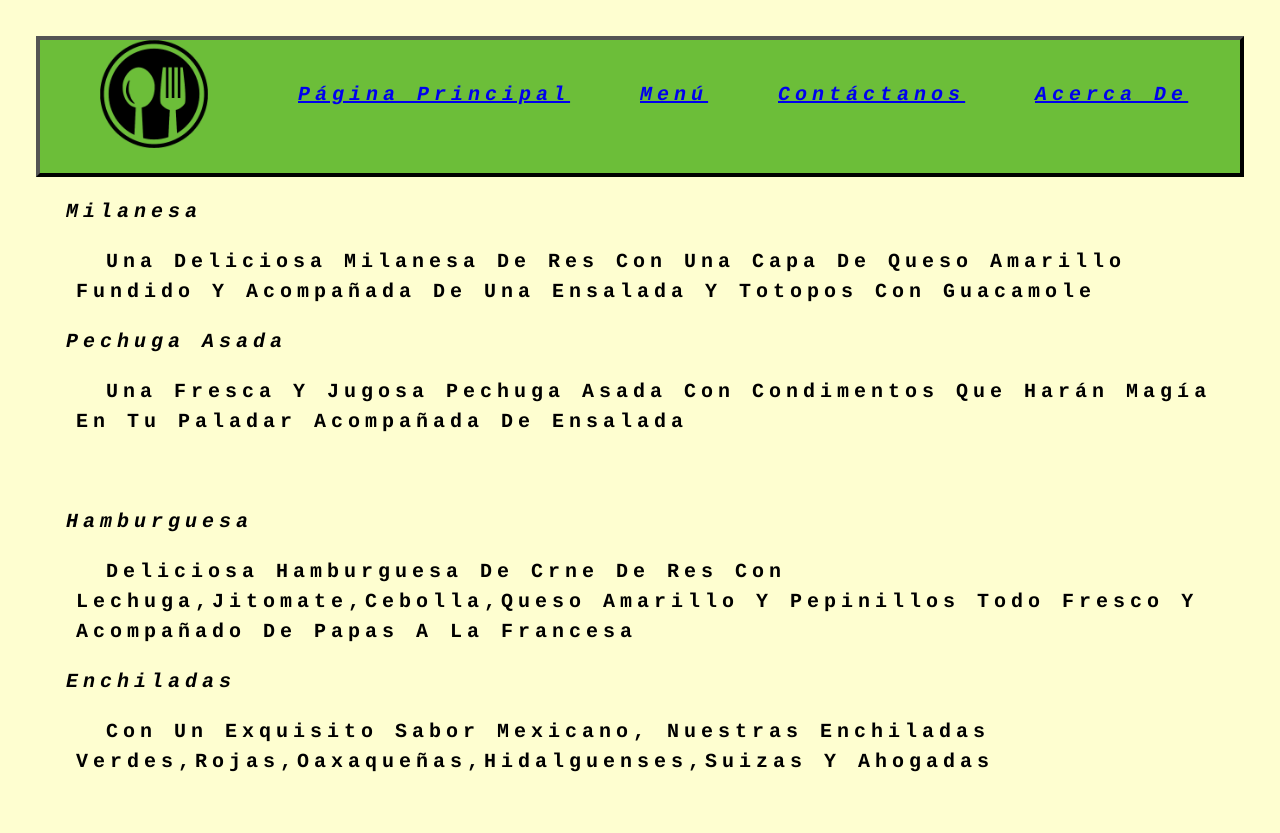
Repository: UVMCoyoacan/eq06_sitio1
Page: Carpeta docs/menu.html
These files come from the project's save history. The page is drawn as it stood at one moment and after the next save; the edit follows.
The browser window is 1280 px wide. The pictures show the whole page.

Above is the page before, as saved 2024-03-08 09:20:54.

### Carpeta docs/menu.html
<!DOCTYPE html>
<html>
    <head>
        <link rel="stylesheet" href="../Carpeta estilos/estilo1.css"/>
        <meta charset="utf-8" />
    </head>
    <body>
        <header id="parte_inicial" role="banner">
            <div class="encabezado" style="display: flex;   flex-wrap: wrap;">
                    <div style="flex-wrap:wrap ;">
                    <img width="108" height="108" src="../Carpeta ims/tres.png" onclick="redirigirIndex()" style="text-align: left; cursor:pointer;";>
                    </div>
            <div style="display: flex;   flex-wrap: wrap;">
            <ul >
                <li><a href="../index.html">Página principal</a></li>
                <li><a href="#">Menú</a></li>
                <li><a href="contactos.html">Contáctanos</a></li>
                <li style="float:right"><a class="active" href="acercade.html">Acerca de</a></li>
            </ul>
        </div>
            </div>

        </header>
        <div>
            <p>Milanesa</p>
            <ol>Una deliciosa milanesa de res con una capa de queso amarillo fundido y acompañada de una ensalada y totopos con guacamole</ol>
            <p>Pechuga asada</p>
            <ol>Una fresca y jugosa pechuga asada con condimentos que harán magía en tu paladar acompañada de ensalada</ol><br>
            <p>Hamburguesa</p>
            <ol>Deliciosa hamburguesa de crne de res con lechuga,jitomate,cebolla,queso amarillo y pepinillos todo fresco y acompañado de papas a la francesa</ol>
            <p>Enchiladas</p>
            <ol>Con un exquisito sabor mexicano, nuestras enchiladas verdes,rojas,oaxaqueñas,hidalguenses,suizas y ahogadas</ol>
         </div>
    </body>
    <script src="../Carpeta js/js1.js">
    </script>
</html>

### Carpeta estilos/estilo1.css
body{
  background-color:#fefec0be;
  font-size:20px;
  font-family:Courier;
  font-weight:bold;
  font-style:normal;
  line-height:30px;
  letter-spacing:5px;
  padding: 28px;
  text-transform:capitalize;
  text-align:left;
  text-indent:30px;


}
header{
  background-color:#6cbe39;
  font-size:20px;
  font-family:Courier;
  font-weight:bold;
  font-style:italic;
  line-height:60px;
  letter-spacing:5px;
  text-transform:capitalize;
  text-align:left;
  text-indent:60px;
  border-style: outset;
  border-color: #000000;
  border-width: .4ch;

}
li {
  display: inline;
  float: left;
  background-color:#6cbe39;
  font-size:20px;
  font-family:Courier;
  font-weight:bold;
  font-style:oblique;
  line-height:30px;
  letter-spacing:5px;
  text-decoration:underline;
  text-transform:capitalize;
  text-align:left;
  text-indent:30px;
  border-style:inherit;
  border-color: #303130;
  padding: 12px;
}


a {
  display: block;
  padding: 8px;
  background-color:#6cbe39;
}
.active {
  background-color:transparent;

}

#titulo{
  text-decoration: overline underline;
  font-size:30px;
  font-style:oblique;

}
ul {
  margin-left: auto;
}
p{

    font-size: 20px;
    font-family: Courier;
    font-weight: bold;
    font-style:italic;
    line-height: 30px;
    letter-spacing: 5px;
    text-transform: capitalize;
    text-align: left;
    text-indent: 30px;
    margin-left: auto;
  }

### Carpeta js/js1.js
function redirigirIndex() {
    window.location.href = '#';
}

After the next save:
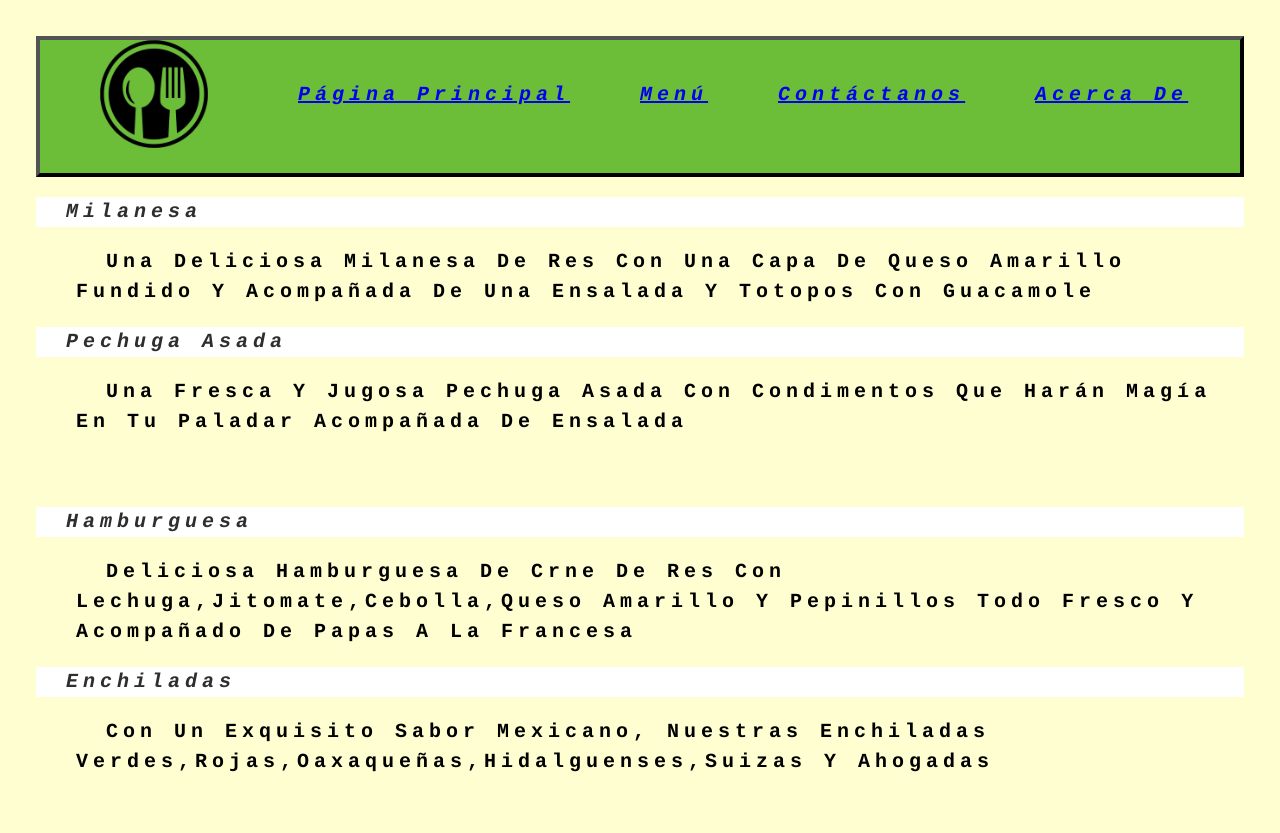
Saved 100 s later.
--- a/Carpeta estilos/estilo1.css
+++ b/Carpeta estilos/estilo1.css
@@ -80,4 +80,8 @@ p{
     text-align: left;
     text-indent: 30px;
     margin-left: auto;
-  }
+    color: #2e2e2e;
+      background-color: #ffffff;
+
+
+    }
